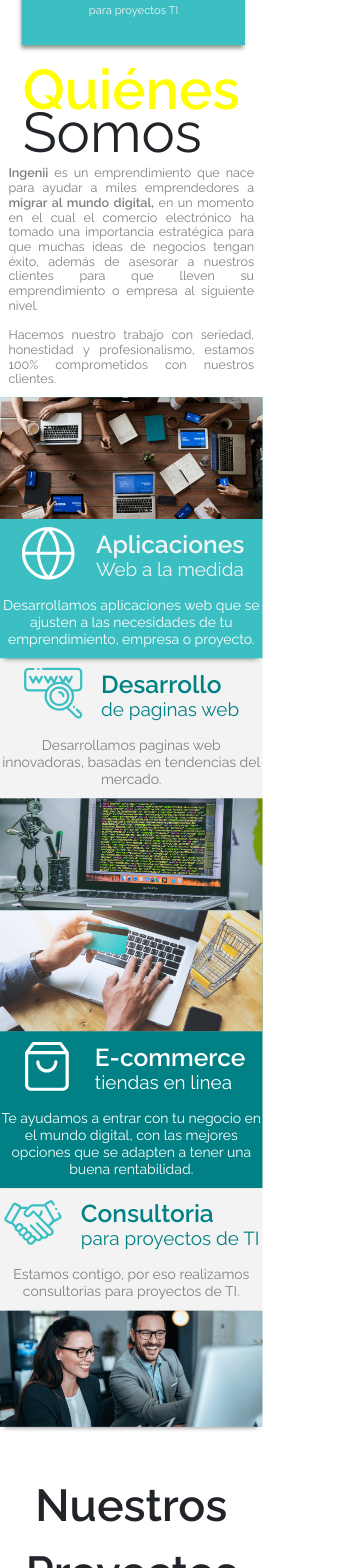
Repository: mariomr87/testwebpage
Page: index.html
These files come from the project's save history. The page is drawn as it stood at one moment and after the next save; the edit follows.
The browser window is 375 px wide. The page is 506 px wide, so the pictures cover 506 px, including what lies to the right of the window. The pictures show the part of the page from y = 1428 to 3668 px (the page is 5593 px tall), at 70% of full size.
Some web libraries are served in a nearby version.

Above is the page before, as saved 2021-10-13 22:35:17.

After the next save:
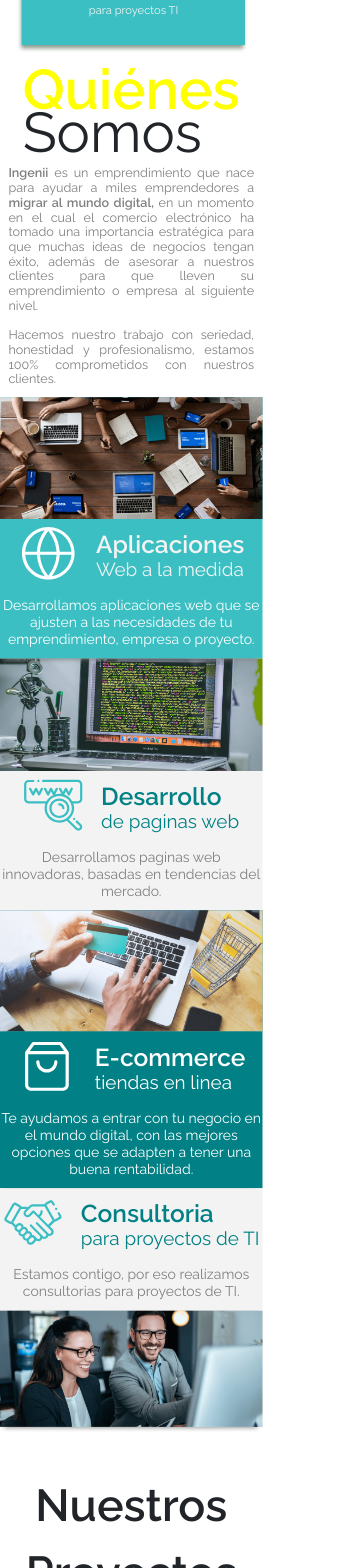
Saved 36 s later.
--- a/style.css
+++ b/style.css
@@ -447,11 +447,11 @@ body{
 
 
 	.three{
+		order: 3;
+	}
+
+	.four{
 		order: 2;
-	}
-
-	.four{
-		order: 3;
 	}
 
 	.five{
